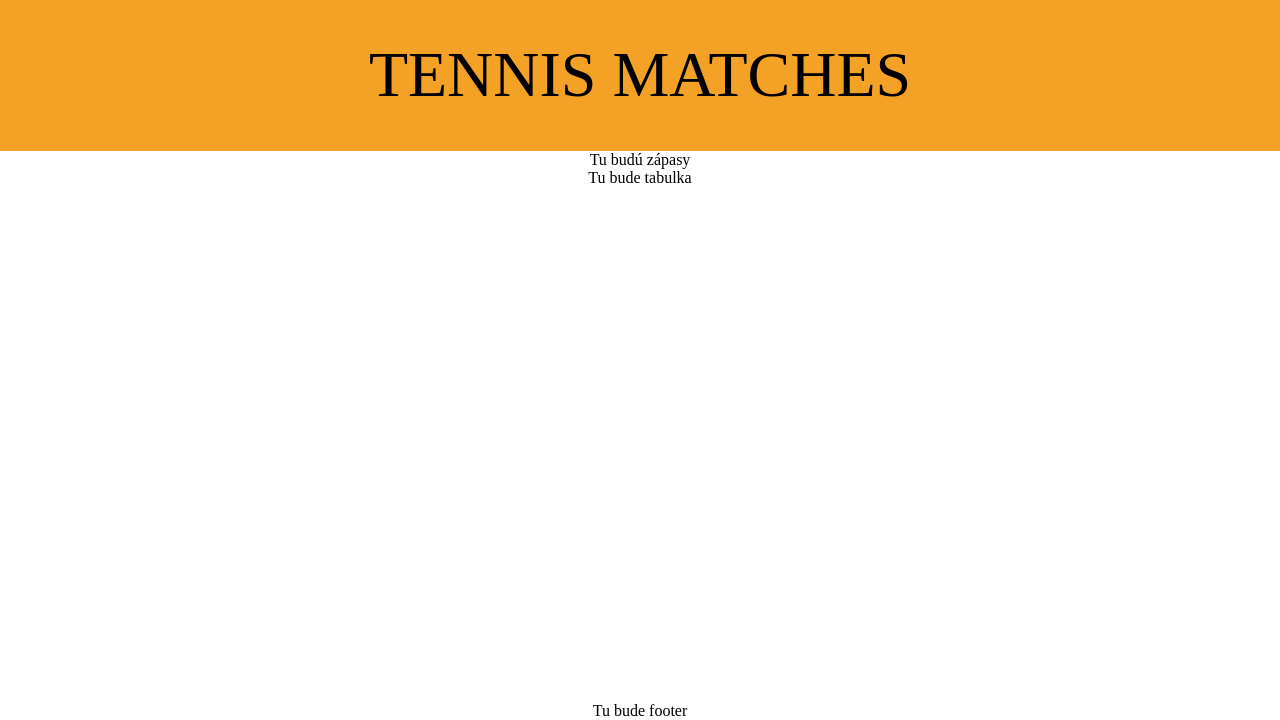
Repository: Badynko/tenis-app
Page: /
An editor plug-in stored every save of this project. The page is shown before and after the next save, followed by the edit.
The browser window is 1280 px wide. The pictures show the whole page.
The project was rebuilt for these pictures with package versions that can differ from the ones it lists, and the page was loaded fresh each time.

Above is the page before, as saved 2024-07-10 15:22:12.

After the next save:
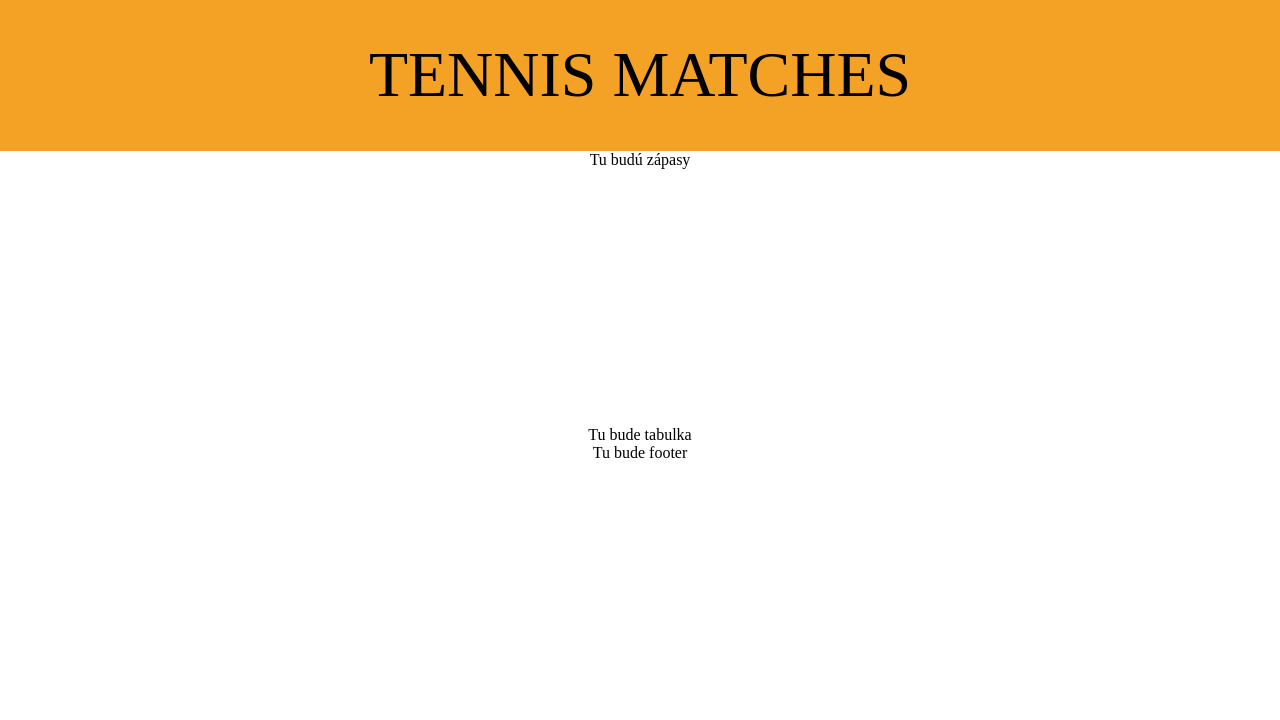
Saved 15 s later.
--- a/src/index.css
+++ b/src/index.css
@@ -9,7 +9,7 @@
   width: 100%;
   height: 100vh;
   display: grid;
-  grid-template-rows: auto auto 1fr auto;
+  grid-template-rows: auto 1fr auto 1fr auto;
 }
 
 h1 {

After the save that followed:
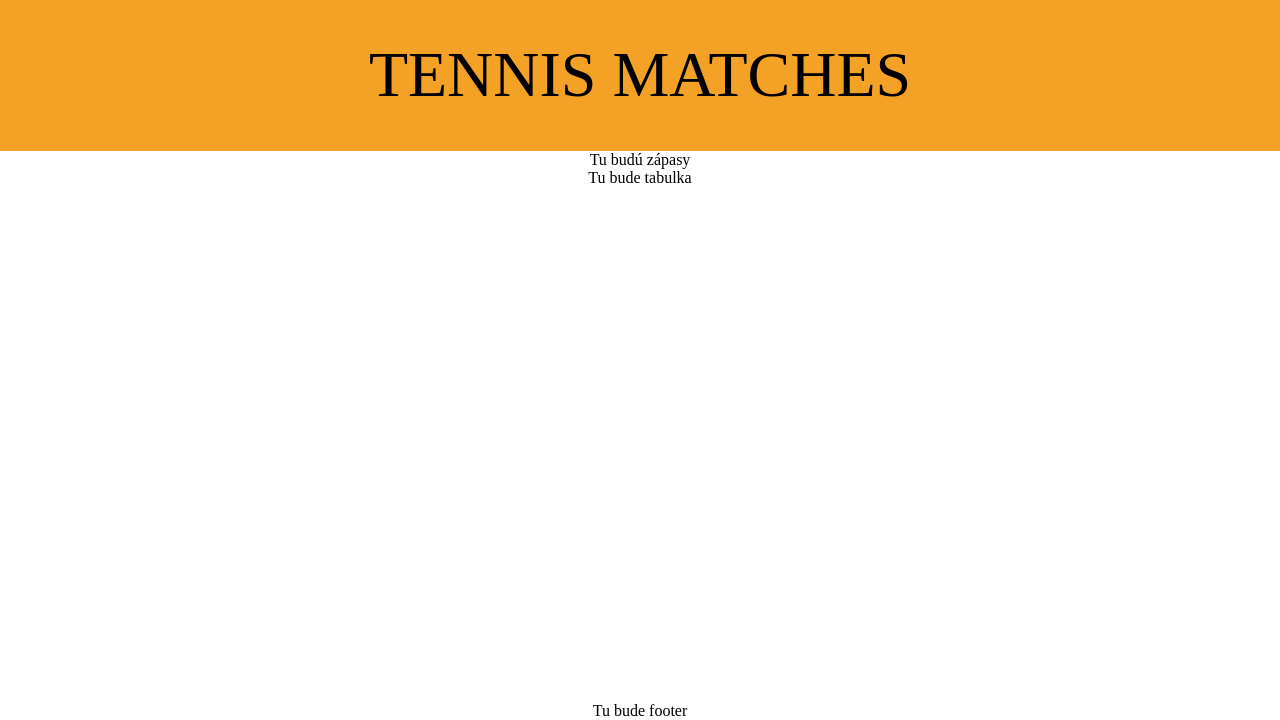
Saved 7 s later.
--- a/src/index.css
+++ b/src/index.css
@@ -9,7 +9,7 @@
   width: 100%;
   height: 100vh;
   display: grid;
-  grid-template-rows: auto 1fr auto 1fr auto;
+  grid-template-rows: auto auto 1fr auto;
 }
 
 h1 {
